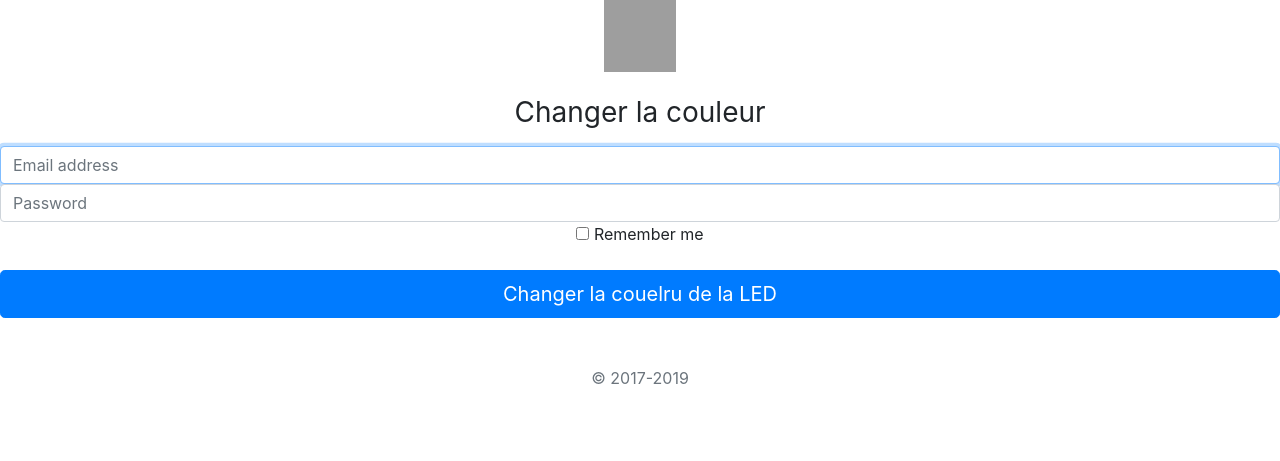
Repository: Symfomany/vuecontrol
Page: index.html
An editor plug-in stored every save of this project. The page is shown before and after the next save, followed by the edit.
The browser window is 1280 px wide. The pictures show the whole page.
Pictures or frames that could not be fetched are drawn as grey boxes.

Above is the page before, as saved 2019-11-16 12:00:46.
Not found: signin.css

### index.html
<html lang="en"><head>
    <meta charset="utf-8">
    <meta name="viewport" content="width=device-width, initial-scale=1, shrink-to-fit=no">
    <meta name="description" content="">
    <meta name="author" content="Mark Otto, Jacob Thornton, and Bootstrap contributors">
    <meta name="generator" content="Jekyll v3.8.5">
    <title>Signin Template · Bootstrap</title>

    <link rel="canonical" href="https://getbootstrap.com/docs/4.3/examples/sign-in/">

    <!-- Bootstrap core CSS -->
<link href="https://getbootstrap.com/docs/4.3/dist/css/bootstrap.min.css" rel="stylesheet" integrity="sha384-ggOyR0iXCbMQv3Xipma34MD+dH/1fQ784/j6cY/iJTQUOhcWr7x9JvoRxT2MZw1T" crossorigin="anonymous">


    <style>
      .bd-placeholder-img {
        font-size: 1.125rem;
        text-anchor: middle;
        -webkit-user-select: none;
        -moz-user-select: none;
        -ms-user-select: none;
        user-select: none;
      }

      @media (min-width: 768px) {
        .bd-placeholder-img-lg {
          font-size: 3.5rem;
        }
      }
    </style>
    <!-- Custom styles for this template -->
    <link href="signin.css" rel="stylesheet">
  </head>
  <body class="text-center" style="">
  <img class="mb-4" src="https://getbootstrap.com/docs/4.3/assets/brand/bootstrap-solid.svg" alt="" width="72" height="72">
  <h1 class="h3 mb-3 font-weight-normal">Changer la couleur</h1>
  <label for="inputEmail" class="sr-only">Red</label>
  <input type="text" id="inputEmail" class="form-control" placeholder="Email address" required="" autofocus="">
  <label for="inputPassword" class="sr-only">Blue</label>
  <input type="password" id="inputPassword" class="form-control" placeholder="Password" required="">
  <div class="checkbox mb-3">
    <label>
      <input type="checkbox" value="remember-me"> Remember me
    </label>
  </div>
  <button class="btn btn-lg btn-primary btn-block" type="submit">Changer la couelru de la LED</button>
  <p class="mt-5 mb-3 text-muted">© 2017-2019</p>


</body></html>

After the next save:
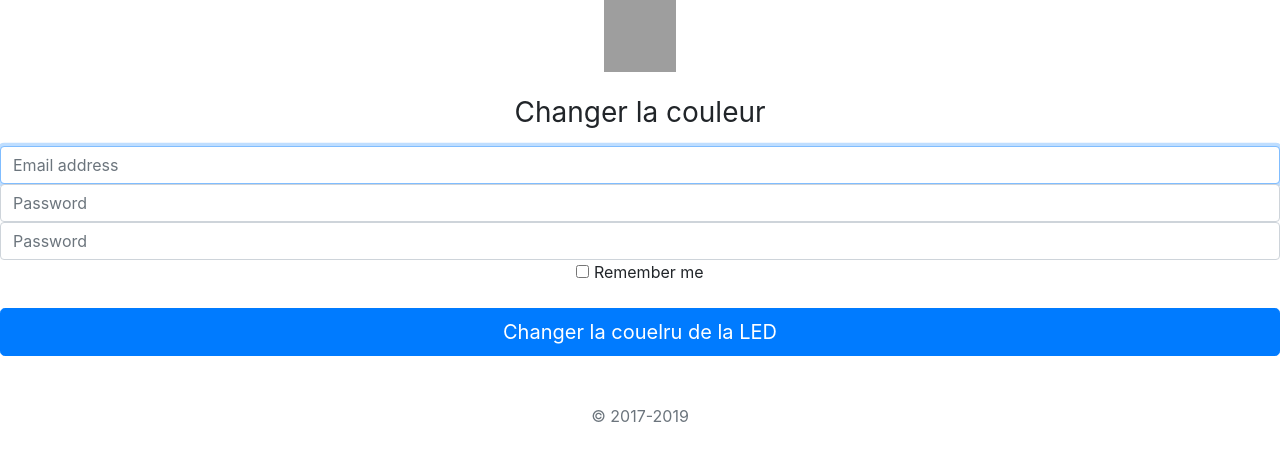
Saved 20 s later.
--- a/index.html
+++ b/index.html
@@ -36,8 +36,13 @@
   <h1 class="h3 mb-3 font-weight-normal">Changer la couleur</h1>
   <label for="inputEmail" class="sr-only">Red</label>
   <input type="text" id="inputEmail" class="form-control" placeholder="Email address" required="" autofocus="">
+
+  <label for="inputPassword" class="sr-only">Green</label>
+  <input type="text" id="inputPassword" class="form-control" placeholder="Password" required="">
+
   <label for="inputPassword" class="sr-only">Blue</label>
-  <input type="password" id="inputPassword" class="form-control" placeholder="Password" required="">
+  <input type="text" id="inputPassword" class="form-control" placeholder="Password" required="">
+
   <div class="checkbox mb-3">
     <label>
       <input type="checkbox" value="remember-me"> Remember me
